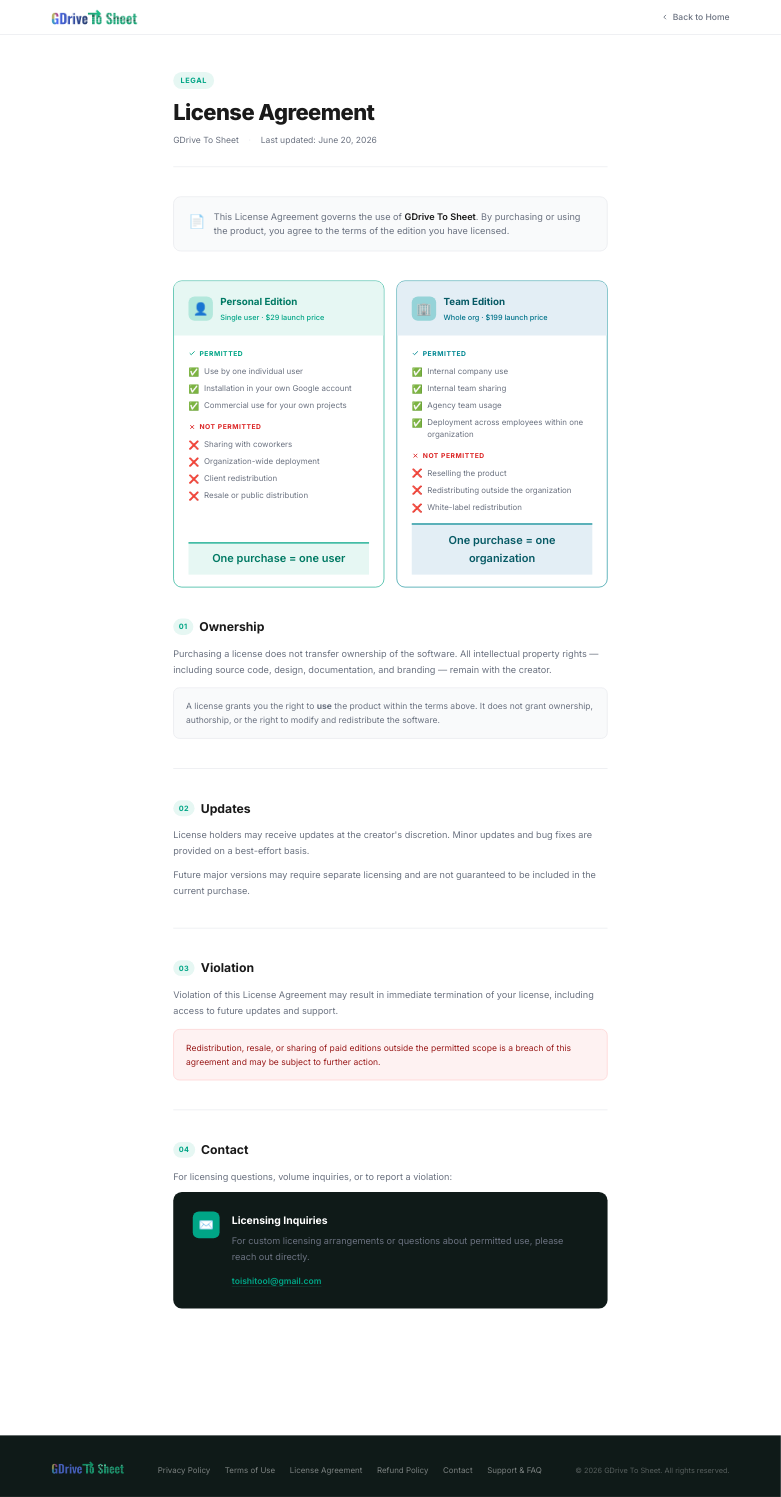
Repository: toishitool/gdrive-to-sheet
Page: license.html
An editor plug-in stored every save of this project. The page is shown before and after the next save, followed by the edit.
The browser window is 1280 px wide. The pictures show the whole page, at 61% of full size.

Above is the page before, as saved 2026-06-20 21:06:13.

### license.html
<!DOCTYPE html>
<html lang="en" class="scroll-smooth">
<head>
  <meta charset="UTF-8" />
  <meta name="viewport" content="width=device-width, initial-scale=1.0" />
  <title>License Agreement – GDrive To Sheet</title>
  <meta name="description" content="License Agreement for GDrive To Sheet. Personal and Team Edition usage terms." />
  <meta name="robots" content="noindex" />
  <link rel="canonical" href="https://toishitool.github.io/gdrive-to-sheet/license.html" />

  <link rel="preconnect" href="https://fonts.googleapis.com" />
  <link rel="preconnect" href="https://fonts.gstatic.com" crossorigin />
  <link href="https://fonts.googleapis.com/css2?family=Inter:wght@300;400;500;600;700;800&display=swap" rel="stylesheet" />

  <link rel="stylesheet" href="style.css">
</head>
<body>

<nav aria-label="Main navigation">
  <div class="nav-inner">
    <a href="index.html" class="nav-logo">
      <img src="images/logo_gdrivetosheet.png" alt="GDrive To Sheet" />
    </a>
    <a href="index.html" class="nav-back">
      <svg width="14" height="14" fill="none" stroke="currentColor" stroke-width="2.5" viewBox="0 0 24 24"><polyline points="15 18 9 12 15 6"/></svg>
      Back to Home
    </a>
  </div>
</nav>

<main>
  <div class="page-wrap">

    <header class="page-header">
      <span class="eyebrow">Legal</span>
      <h1>License Agreement</h1>
      <div class="meta">
        <span>GDrive To Sheet</span>
        <span class="meta-dot">·</span>
        <span id="last-updated">Last updated: —</span>
      </div>
    </header>

    <div class="intro-block">
      <span class="icon">📄</span>
      <p>This License Agreement governs the use of <strong>GDrive To Sheet</strong>. By purchasing or using the product, you agree to the terms of the edition you have licensed.</p>
    </div>

    <div class="license-grid">

      <div class="license-card personal">
        <div class="license-card-header">
          <div class="license-icon">👤</div>
          <div>
            <div class="license-name">Personal Edition</div>
            <div class="license-price">Single user · $29 launch price</div>
          </div>
        </div>
        <div class="license-card-body">
          <div class="allow-block">
            <div class="block-label allow">
              <svg width="12" height="12" fill="none" stroke="currentColor" stroke-width="3" viewBox="0 0 24 24"><polyline points="20 6 9 17 4 12"/></svg>
              Permitted
            </div>
            <ul class="check-list">
              <li><span class="ci">✅</span> Use by one individual user</li>
              <li><span class="ci">✅</span> Installation in your own Google account</li>
              <li><span class="ci">✅</span> Commercial use for your own projects</li>
            </ul>
          </div>
          <div class="deny-block">
            <div class="block-label deny">
              <svg width="12" height="12" fill="none" stroke="currentColor" stroke-width="3" viewBox="0 0 24 24"><line x1="18" y1="6" x2="6" y2="18"/><line x1="6" y1="6" x2="18" y2="18"/></svg>
              Not permitted
            </div>
            <ul class="check-list">
              <li><span class="ci">❌</span> Sharing with coworkers</li>
              <li><span class="ci">❌</span> Organization-wide deployment</li>
              <li><span class="ci">❌</span> Client redistribution</li>
              <li><span class="ci">❌</span> Resale or public distribution</li>
            </ul>
          </div>
          <div class="card-note">One purchase = one user</div>
        </div>
      </div>

      <div class="license-card team theme-team">
        <div class="license-card-header">
          <div class="license-icon" style="background: #95d3d8;">🏢</div>
          <div>
            <div class="license-name">Team Edition</div>
            <div class="license-price">Whole org · $199 launch price</div>
          </div>
        </div>
        <div class="license-card-body">
          <div class="allow-block">
            <div class="block-label allow">
              <svg width="12" height="12" fill="none" stroke="currentColor" stroke-width="3" viewBox="0 0 24 24"><polyline points="20 6 9 17 4 12"/></svg>
              Permitted
            </div>
            <ul class="check-list">
              <li><span class="ci">✅</span> Internal company use</li>
              <li><span class="ci">✅</span> Internal team sharing</li>
              <li><span class="ci">✅</span> Agency team usage</li>
              <li><span class="ci">✅</span> Deployment across employees within one organization</li>
            </ul>
          </div>
          <div class="deny-block">
            <div class="block-label deny">
              <svg width="12" height="12" fill="none" stroke="currentColor" stroke-width="3" viewBox="0 0 24 24"><line x1="18" y1="6" x2="6" y2="18"/><line x1="6" y1="6" x2="18" y2="18"/></svg>
              Not permitted
            </div>
            <ul class="check-list">
              <li><span class="ci">❌</span> Reselling the product</li>
              <li><span class="ci">❌</span> Redistributing outside the organization</li>
              <li><span class="ci">❌</span> White-label redistribution</li>
            </ul>
          </div>
          <div class="card-note">One purchase = one organization</div>
        </div>
      </div>

    </div>

    <div class="policy-section" id="s-ownership">
      <h2><span class="section-num">01</span>Ownership</h2>
      <p>Purchasing a license does not transfer ownership of the software. All intellectual property rights — including source code, design, documentation, and branding — remain with the creator.</p>
      <div class="highlight-card">
        <p>A license grants you the right to <strong>use</strong> the product within the terms above. It does not grant ownership, authorship, or the right to modify and redistribute the software.</p>
      </div>
    </div>
    <div class="section-divider"></div>

    <div class="policy-section" id="s-updates">
      <h2><span class="section-num">02</span>Updates</h2>
      <p>License holders may receive updates at the creator's discretion. Minor updates and bug fixes are provided on a best-effort basis.</p>
      <p>Future major versions may require separate licensing and are not guaranteed to be included in the current purchase.</p>
    </div>
    <div class="section-divider"></div>

    <div class="policy-section" id="s-violation">
      <h2><span class="section-num">03</span>Violation</h2>
      <p>Violation of this License Agreement may result in immediate termination of your license, including access to future updates and support.</p>
      <div class="highlight-card warning">
        <p>Redistribution, resale, or sharing of paid editions outside the permitted scope is a breach of this agreement and may be subject to further action.</p>
      </div>
    </div>
    <div class="section-divider"></div>

    <div class="policy-section" id="s-contact">
      <h2><span class="section-num">04</span>Contact</h2>
      <p>For licensing questions, volume inquiries, or to report a violation:</p>
      <div class="contact-block">
        <div class="cicon">✉️</div>
        <div>
          <h3>Licensing Inquiries</h3>
          <p>For custom licensing arrangements or questions about permitted use, please reach out directly.</p>
          <a href="mailto:toishitool@gmail.com">toishitool@gmail.com</a>
        </div>
      </div>
    </div>

  </div>
</main>

<footer role="contentinfo">
  <div class="footer-inner">
    <a href="index.html" class="footer-logo"><img src="images/logo_gdrivetosheet_dk.png" alt="GDrive To Sheet" /></a>
    <div class="footer-links">
      <a href="privacy-policy.html">Privacy Policy</a>
        <a href="terms.html">Terms of Use</a>
        <a href="license.html">License Agreement</a>
        <a href="refund-policy.html">Refund Policy</a>
        <a href="contact.html">Contact</a>
        <a href="support.html">Support &amp; FAQ</a>

    </div>
    <span class="footer-copy">© 2026 GDrive To Sheet. All rights reserved.</span>
  </div>
</footer>

<script>
  const d = new Date();
  const formatted = d.toLocaleDateString('en-US', { year: 'numeric', month: 'long', day: 'numeric' });
  document.getElementById('last-updated').textContent = 'Last updated: ' + formatted;
</script>

</body>
</html>

Loaded but not shown: style.css (3732 lines, source omitted)

After the next save:
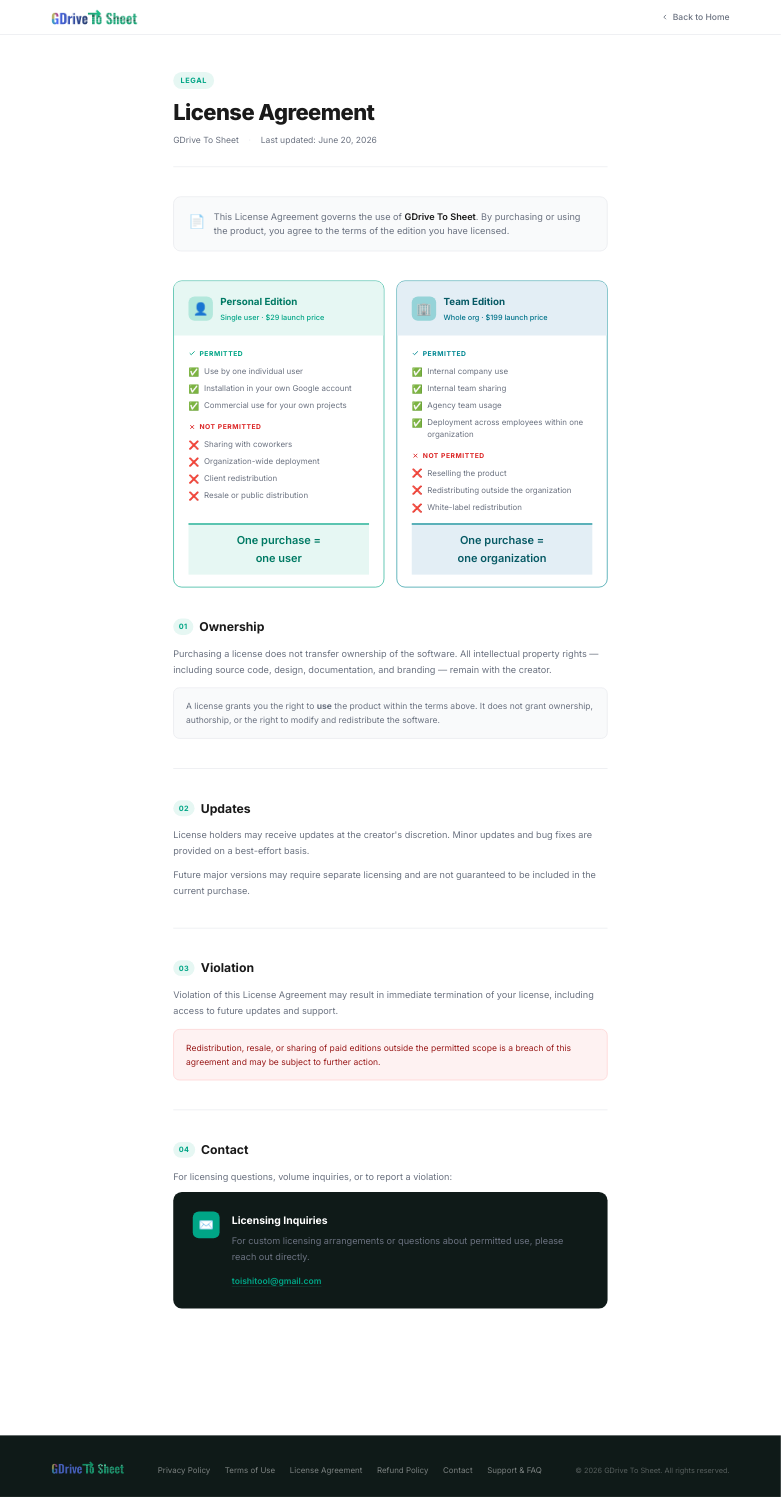
Saved 2 min 18 s later.
--- a/license.html
+++ b/license.html
@@ -80,7 +80,7 @@
               <li><span class="ci">❌</span> Resale or public distribution</li>
             </ul>
           </div>
-          <div class="card-note">One purchase = one user</div>
+          <div class="card-note">One purchase = <br>one user</div>
         </div>
       </div>
 
@@ -116,7 +116,7 @@
               <li><span class="ci">❌</span> White-label redistribution</li>
             </ul>
           </div>
-          <div class="card-note">One purchase = one organization</div>
+          <div class="card-note">One purchase =<br>one organization</div>
         </div>
       </div>
 
